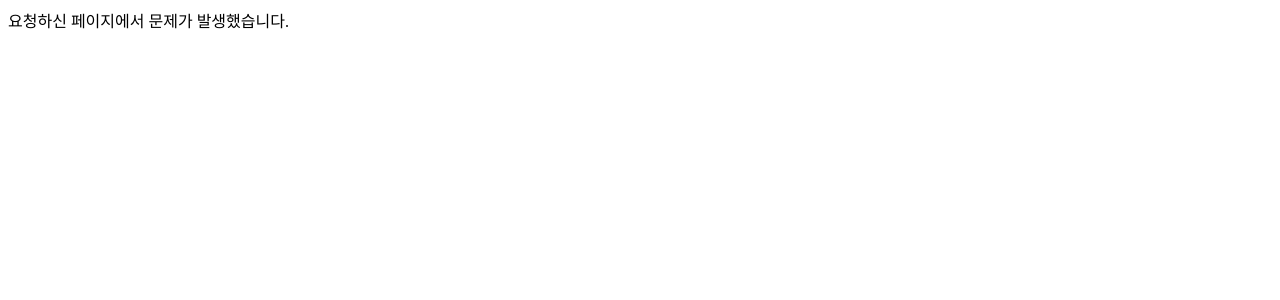
Repository: gugucon-hwan/ForStudyJSP
Page: http://localhost/StudyBasicJSP/ch09/error.jsp
The author's editor kept a copy of each file at every save. The page is drawn from the files as they stood at one save, then again after the next save.
The browser window is 1280 px wide. The pictures show the whole page.
The page is served by Tomcat 9.

Above is the page before, as saved 2020-08-18 01:07:26.

After the next save:
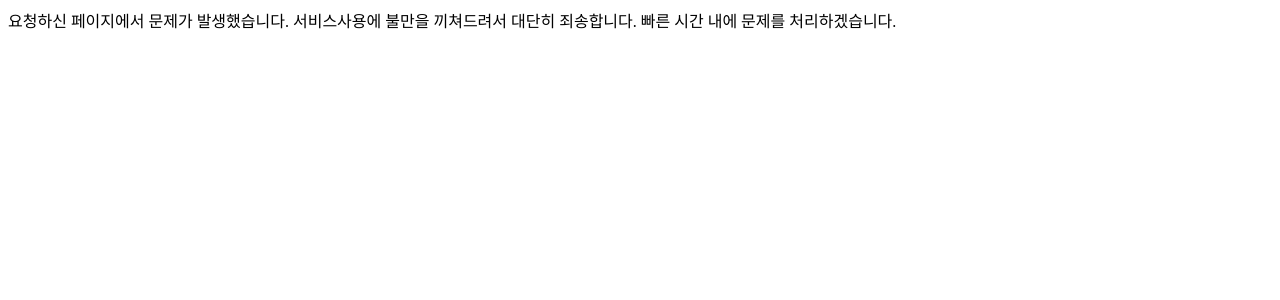
Saved 18 s later.
--- a/StudyBasicJSP/WebContent/ch09/error.jsp
+++ b/StudyBasicJSP/WebContent/ch09/error.jsp
@@ -8,6 +8,7 @@
 </head>
 <body>
 	요청하신 페이지에서 문제가 발생했습니다.
-
+	서비스사용에 불만을 끼쳐드려서 대단히 죄송합니다.
+	빠른 시간 내에 문제를 처리하겠습니다.
 </body>
 </html>
